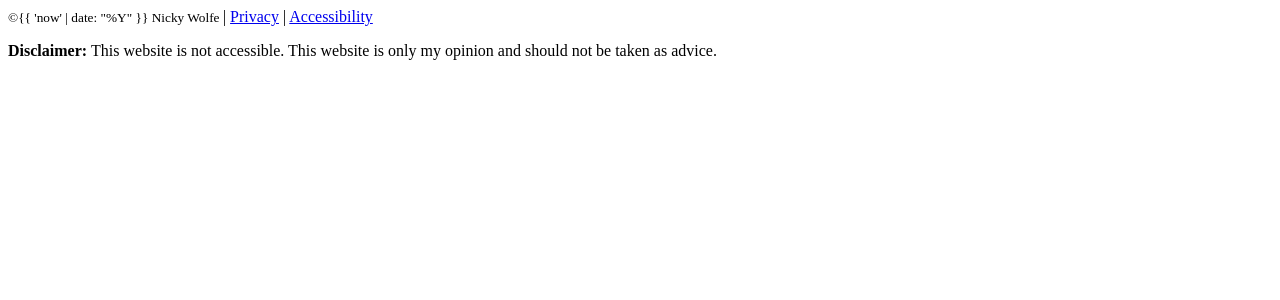
Repository: nikkitaylorwolfe/wcag-in-english
Page: _includes/footer.html
These files come from the project's save history. The page is drawn as it stood at one moment and after the next save; the edit follows.
The browser window is 1280 px wide. The pictures show the whole page.

Above is the page before, as saved 2022-11-17 17:43:22.

### _includes/footer.html
        <footer class="main-footer wo-full pv">
            <div class="p col-1-9 m-col-1-9 s-col-1-5">
                <small class="editable">©{{ 'now' | date: "%Y" }} Nicky Wolfe </small>  |
                <a class="editable" href="/privacy/">Privacy</a>  |
                <a class="editable" href="/accessibility/">Accessibility</a>
            </div>
            <p class="p col-9-13 m-col-1-9 s-col-1-5">
                <strong>
                    Disclaimer:
                </strong>
                This website is not accessible. This website is only my opinion and should not be taken as advice.
            </p>
        </footer>
    </body>
</html>

After the next save:
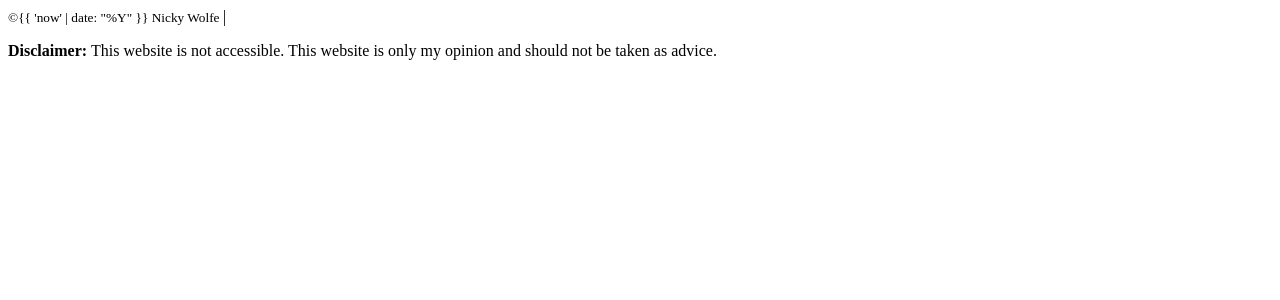
Saved 8 s later.
--- a/_includes/footer.html
+++ b/_includes/footer.html
@@ -1,8 +1,6 @@
         <footer class="main-footer wo-full pv">
             <div class="p col-1-9 m-col-1-9 s-col-1-5">
                 <small class="editable">©{{ 'now' | date: "%Y" }} Nicky Wolfe </small>  |
-                <a class="editable" href="/privacy/">Privacy</a>  |
-                <a class="editable" href="/accessibility/">Accessibility</a>
             </div>
             <p class="p col-9-13 m-col-1-9 s-col-1-5">
                 <strong>
